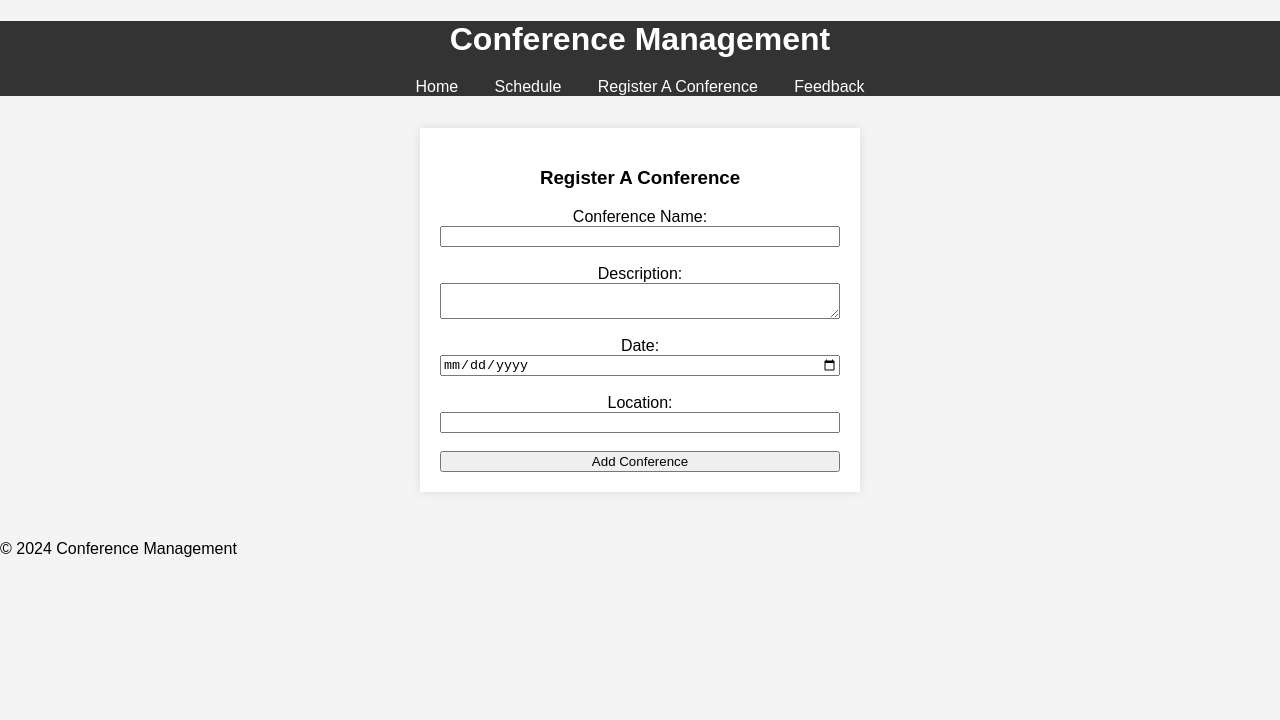
Repository: AMIT1439027/conferenceapp
Page: http://localhost/register.php
The author's editor kept a copy of each file at every save. The page is drawn from the files as they stood at one save, then again after a run of saves.
The browser window is 1280 px wide. The pictures show the whole page.
The page is run by PHP 8.4 with error messages shown; the project is at /var/www/html/. Queries for data that is not in the repository find no rows.

Above is the page before, as saved 2024-05-29 15:14:51.

### register.php
<?php
include 'db_connect.php';

if ($_SERVER["REQUEST_METHOD"] == "POST") {
    $name = $_POST['name'];
    $description = $_POST['description'];
    $date = $_POST['date'];
    $location = $_POST['location'];

    $stmt = $pdo->prepare("INSERT INTO conferences (name, description, date, location) VALUES (?, ?, ?, ?)");
    $stmt->execute([$name, $description, $date, $location]);

    echo "Conference added successfully!";
}

$stmt = $pdo->query("SELECT * FROM conferences");
$conferences = $stmt->fetchAll();
?>

<!DOCTYPE html>
<html lang="en">
<head>
    <meta charset="UTF-8">
    <meta name="viewport" content="width=device-width, initial-scale=1.0">
    <title>Admin</title>
    <link rel="stylesheet" href="styles.css">
</head>
<body>
    <header>
        <h1>Conference Management</h1>
        <nav>
        <a href="index.php">Home</a>
        <a href="Schedule.php">Schedule </a>
        <a href="register.php">Register A Conference</a>
        <a href="feedback.php">Feedback</a>
        <!-- <a href="admin.php">Admin</a> -->
        </nav>
    </header>
    <main>

    <div class="form-container">

        <h3>Register A Conference</h3>

        <form action="admin.php" method="POST">
            <label for="name">Conference Name:</label>
            <input type="text" id="name" name="name" required>
            <br>
            <label for="description">Description:</label>
            <textarea id="description" name="description" required></textarea>
            <br>
            <label for="date">Date:</label>
            <input type="date" id="date" name="date" required>
            <br>
            <label for="location">Location:</label>
            <input type="text" id="location" name="location" required>
            <br>
            <input type="submit" value="Add Conference">
        </form>

    </div>
    </main>
    <footer>
        <p>&copy; 2024 Conference Management</p>
    </footer>
</body>
</html>

### db_connect.php
<?php
$servername = "localhost";
$username = "root";
$password = "mysql143";
$dbname = "conference_db";

// Create connection
// $conn = new mysqli($servername, $username, $password, $dbname);

// // Check connection
// if ($conn->connect_error) {
//     die("Connection failed: " . $conn->connect_error);
// }
try{
    $pdo = new PDO("mysql:host=$servername;dbname=$dbname", $username, $password );
   $pdo->setAttribute(PDO::ATTR_ERRMODE, PDO::ERRMODE_EXCEPTION);
}
catch(PDOException $e){
   die("connection Failed");
}


?>

### styles.css

body {
    font-family: Arial, sans-serif;
    background-color: #f4f4f4;
    margin: 0;
    padding: 0;
}
header{
    background-color: #333333;
    color: #fff;
    padding: 1 em 0;
    text-align: center;

}

nav a{
    color: #fff;
    margin: 0 1rem;
    text-decoration: none;
}

main{
    padding: 2em;
    text-align: center;
}

/* footer{
    background-color: #333;
    color:#fff;
    padding: 1em 0;
    text-align: center;
    /* position: fixed; */
    bottom: 0;
    width: 100%;
} */



.container {
    width: 80%;
    margin: 0 auto;
    padding: 20px;
    background-color: #fff;
    box-shadow: 0 0 10px rgba(0, 0, 0, 0.1);
}

h1 {
    text-align: center;
    margin-bottom: 20px;
}

.table {
    width: 100%;
    margin-bottom: 20px;
    border-collapse: collapse;
}

.table th, .table td {
    border: 1px solid #ddd;
    padding: 8px;
}

.table th {
    background-color: #f2f2f2;
    text-align: left;
}

.food-item {
    border: 1px solid #ddd;
    padding: 10px;
    margin-bottom: 20px;
    text-align: center;
}

.food-item img {
    max-width: 100%;
    height: auto;
}

.form-group {
    margin-bottom: 15px;
}

.form-group label {
    display: block;
    margin-bottom: 5px;
}

.form-group input, .form-group textarea, .form-group select {
    width: 100%;
    padding: 8px;
    box-sizing: border-box;
}

.btn {
    display: inline-block;
    padding: 10px 15px;
    color: #fff;
    background-color: #007BFF;
    text-decoration: none;
    border-radius: 4px;
    margin-right: 10px;
    transition: background-color 0.3s;
}

.btn:hover {
    background-color: #0056b3;
}

.form-container {
    max-width: 400px;
    margin: 0 auto;
    padding: 20px;
    background-color: #fff;
    box-shadow: 0 0 10px rgba(0, 0, 0, 0.1);
}

form {
    display: flex;
    flex-direction: column;
}

button {
    padding: 10px 15px;
    color: #fff;
    background-color: #007BFF;
    border: none;
    cursor: pointer;
    border-radius: 4px;
    transition: background-color 0.3s;
}

button:hover {
    background-color: #0056b3;
}

input[type="number"] {
    width: 50px;
}

After the next 2 saves:
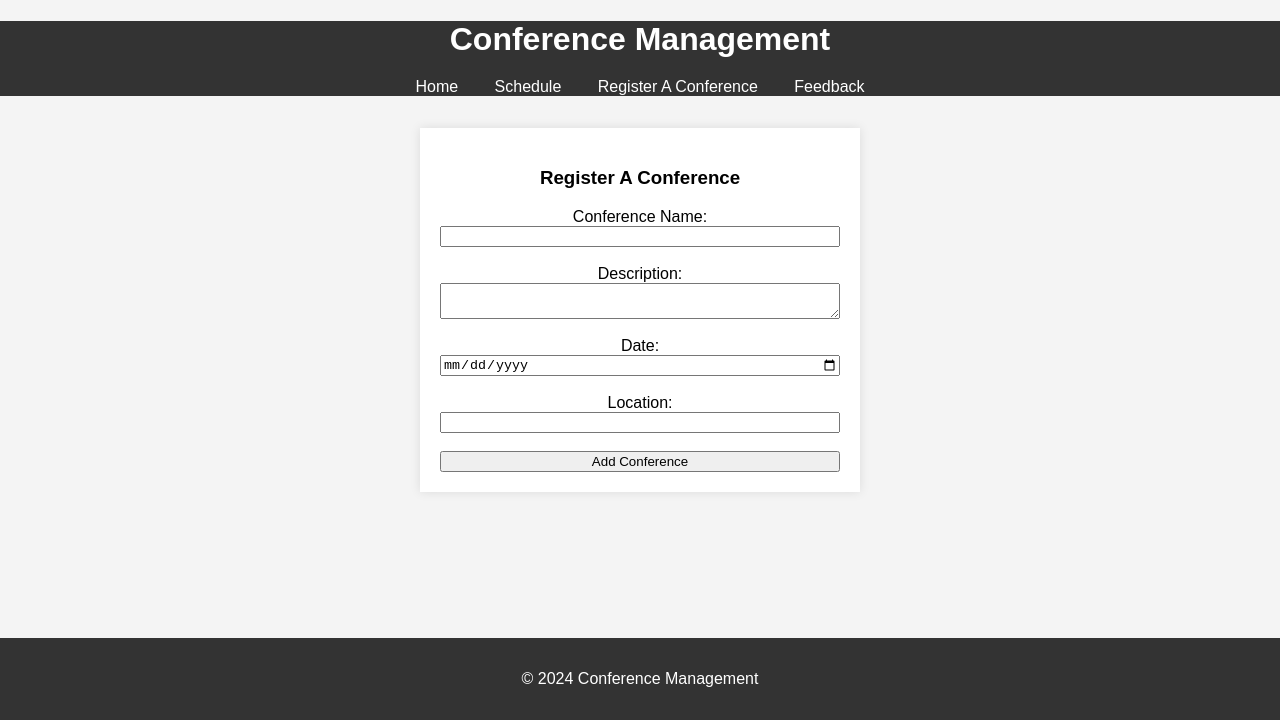
The 2 saves are shown as one change because they came seconds apart.
The last was saved 14 s later.
--- a/styles.css
+++ b/styles.css
@@ -24,15 +24,15 @@ main{
     text-align: center;
 }
 
-/* footer{
+footer{
     background-color: #333;
     color:#fff;
     padding: 1em 0;
     text-align: center;
-    /* position: fixed; */
+    position: fixed;
     bottom: 0;
     width: 100%;
-} */
+}
 
 
 
